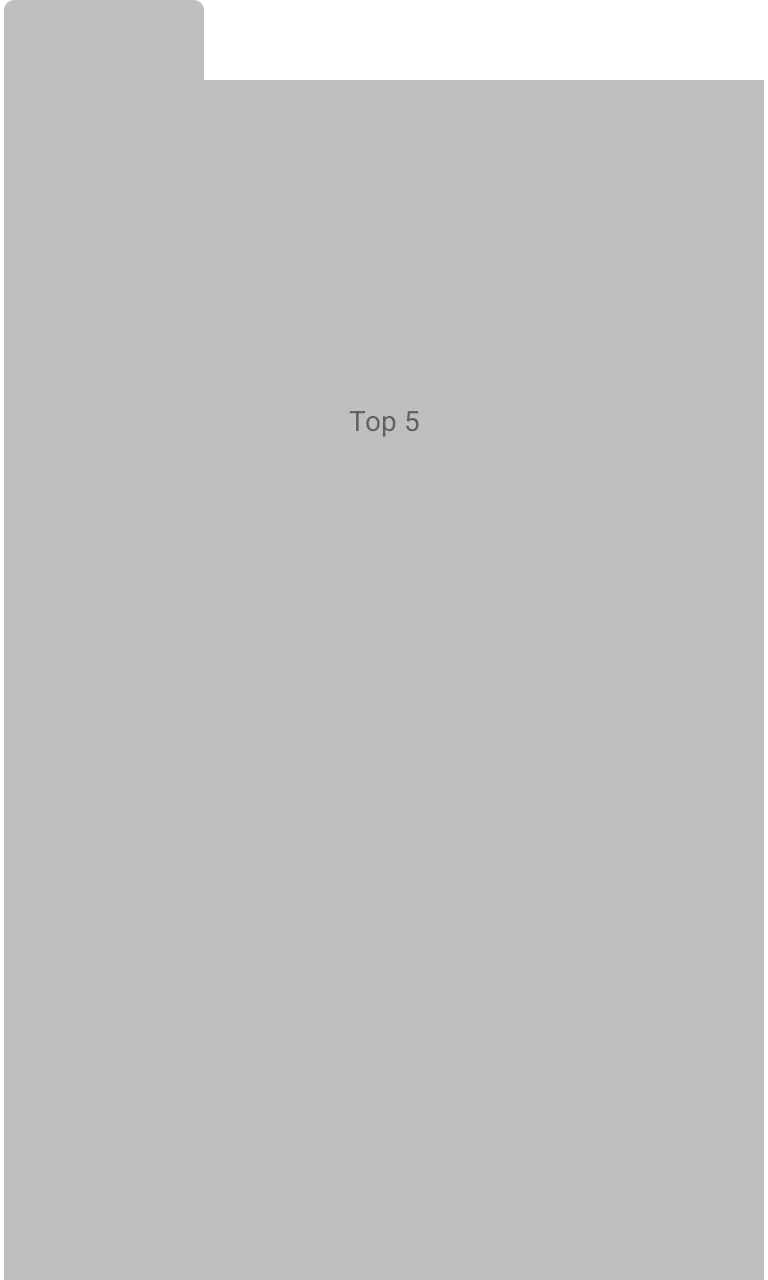
Repository: paceuniversity/gsd2014-team5
Layout: workspace/HealthyEating/res/layout/home_page.xml
An editor plug-in stored every save of this project. The layout is shown before and after the next save, followed by the edit.
It is drawn on a 768 x 1280 px phone screen (xhdpi) without system bars, with theme AppTheme; the app's code is not run. Lists and similar views that code fills are empty.

Above is the layout before, as saved 2014-04-11 17:25:22.

### workspace/HealthyEating/res/layout/home_page.xml
<?xml version="1.0" encoding="utf-8"?>
<LinearLayout xmlns:android="http://schemas.android.com/apk/res/android"
    android:layout_width="match_parent"
    android:layout_height="match_parent"
    android:layout_gravity="bottom"
    android:orientation="vertical" >

    <TabHost
        android:id="@+id/tabhost"
        android:layout_width="match_parent"
        android:layout_height="fill_parent"
        android:layout_weight="0.17" >

        <LinearLayout
            android:layout_width="match_parent"
            android:layout_height="match_parent"
            android:orientation="vertical" >

            <TabWidget
                android:id="@android:id/tabs"
                android:layout_width="match_parent"
                android:layout_height="wrap_content" >
            </TabWidget>

            <FrameLayout
                android:id="@android:id/tabcontent"
                android:layout_width="match_parent"
                android:layout_height="match_parent" >


    	<!-- Home Page Layout Begines -->
                <LinearLayout
                    android:id="@+id/tab1"
                   	android:layout_width="match_parent"
                    android:layout_height="match_parent"
                    android:orientation="vertical"  >

                    <LinearLayout
                    android:id="@+id/homeHealthFacts"
                   	android:layout_width="match_parent"
                    android:layout_height="200dp"
                    android:orientation="vertical"  >

                    </LinearLayout>

                    <TextView android:id="@+id/top5Recipes"
                   	android:layout_width="match_parent"
                    android:layout_height="20dp"
                    android:text="Top 5"
                    android:gravity="center"/>

                    <ListView
       					android:id="@+id/top20"
        				android:layout_width="match_parent"
        				android:layout_height="match_parent">
    				</ListView>

                </LinearLayout>
		<!-- Home Page Layout Ends -->


                <LinearLayout
                    android:id="@+id/tab2"
                    android:layout_width="match_parent"
                    android:layout_height="match_parent"
                    android:orientation="horizontal" >

                    <RelativeLayout
                    android:id="@+id/tab2Holder"
                    android:layout_width="match_parent"
                    android:layout_height="match_parent"
                    android:orientation="horizontal"
                    android:paddingLeft="2dp"
                    android:paddingRight="2dp"
                    android:layout_gravity="center_horizontal">

                    <Button
                    android:id="@+id/AllRecipes"
                    android:layout_width= "100dp"
                    android:layout_height="40dp"
                    android:scaleType="center"
                    android:layout_alignParentTop="true"
					android:background="@drawable/textlview_rounded_corners" />
                  <!--
                    <Button
                    android:id="@+id/TopRatedRecipes"
                    android:layout_width= "100dp"
                    android:layout_height="50dp"
                    android:scaleType="center"
					android:layout_toRightOf="@+id/AllRecipes"
					android:background="@drawable/textlview_rounded_corners" />

                    <Button
                    android:id="@+id/FavRatedRecipes"
                    android:layout_width= "100dp"
                    android:layout_height="50dp"
                    android:scaleType="center"
                    android:layout_toRightOf="@+id/TopRatedRecipes"
					android:background="@drawable/textlview_rounded_corners" />
                    -->

    				<LinearLayout
    				android:layout_width="match_parent"
                    android:layout_height="fill_parent"
                    android:orientation="vertical"
                    android:layout_below="@+id/AllRecipes"
                    android:background="#88888888">

    				</LinearLayout>

                   </RelativeLayout>
                </LinearLayout>

                <LinearLayout
                    android:id="@+id/tab3"
                    android:layout_width="match_parent"
                    android:layout_height="match_parent"
                    android:orientation="vertical" >
                </LinearLayout>
            </FrameLayout>
        </LinearLayout>
    </TabHost>

</LinearLayout>

### workspace/HealthyEating/res/drawable-hdpi/textlview_rounded_corners.xml
<?xml version="1.0" encoding="utf-8"?>
<shape xmlns:android="http://schemas.android.com/apk/res/android"

    android:shape="rectangle" >

    <solid android:color="#88888888" />
    <corners
        android:topLeftRadius="5dp"
        android:topRightRadius="5dp"
         />

</shape>

Loaded but not shown: workspace/HealthyEating/res/values/styles.xml (common file); workspace/HealthyEating/res/values-v11/styles.xml (common file); workspace/HealthyEating/res/values-v14/styles.xml (common file)

After the next save:
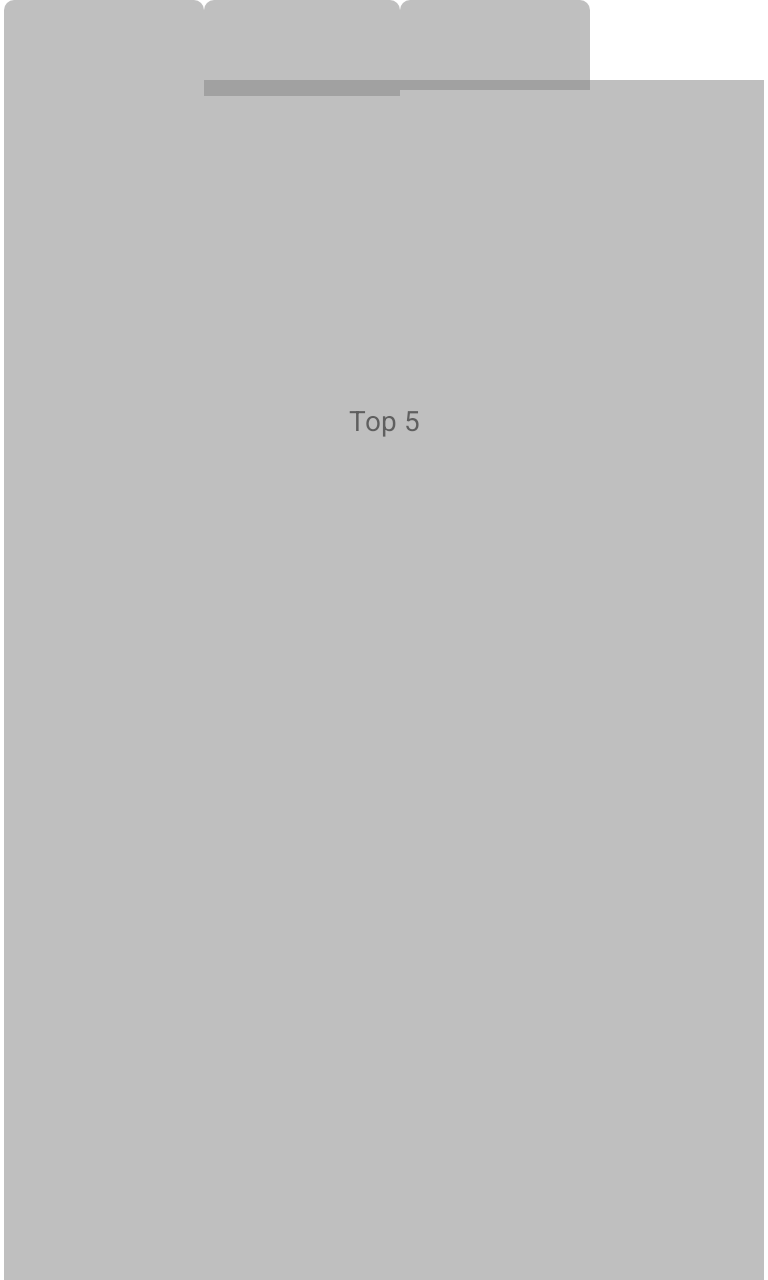
Saved 2 min 45 s later.
--- a/workspace/HealthyEating/res/layout/home_page.xml
+++ b/workspace/HealthyEating/res/layout/home_page.xml
@@ -81,23 +81,23 @@
                     android:scaleType="center"
                     android:layout_alignParentTop="true"
 					android:background="@drawable/textlview_rounded_corners" />
-                  <!--
+
                     <Button
                     android:id="@+id/TopRatedRecipes"
-                    android:layout_width= "100dp"
-                    android:layout_height="50dp"
+                    android:layout_width= "98dp"
+                    android:layout_height="48dp"
                     android:scaleType="center"
 					android:layout_toRightOf="@+id/AllRecipes"
 					android:background="@drawable/textlview_rounded_corners" />
 
                     <Button
                     android:id="@+id/FavRatedRecipes"
-                    android:layout_width= "100dp"
-                    android:layout_height="50dp"
+                    android:layout_width= "95dp"
+                    android:layout_height="45dp"
                     android:scaleType="center"
                     android:layout_toRightOf="@+id/TopRatedRecipes"
 					android:background="@drawable/textlview_rounded_corners" />
-                    -->
+
 
     				<LinearLayout
     				android:layout_width="match_parent"
